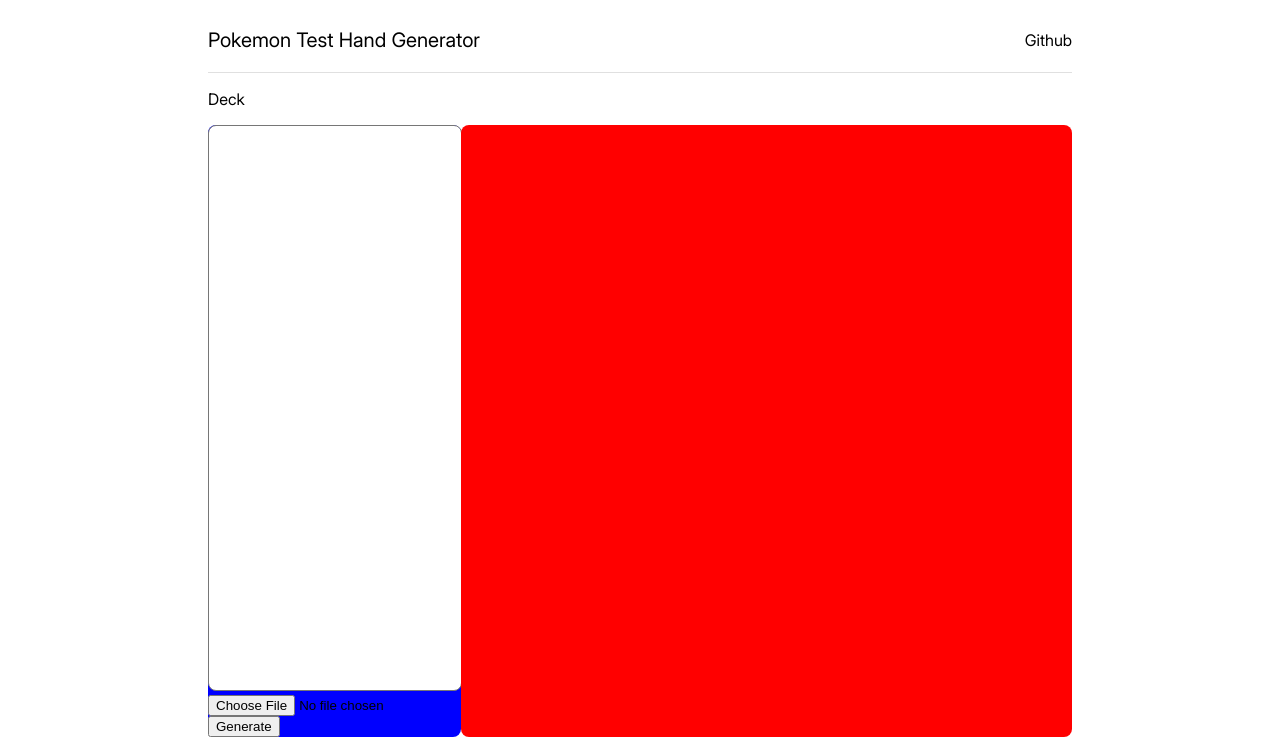
Repository: danielj1415/test-hand-simulator
Page: /
The author's editor kept a copy of each file at every save. The page is drawn from the files as they stood at one save, then again after the next save.
The browser window is 1280 px wide. The pictures show the whole page.
The project was rebuilt for these pictures with package versions that can differ from the ones it lists, and the page was loaded fresh each time. Also part of the build but not shown: vite.config.ts, src/index.css.

Above is the page before, as saved 2024-10-31 17:59:35.

### src/App.tsx
import { useState } from 'react';
import './App.css';

function App() {
  const [deckList, setDeckList] = useState({
    deck: ''
  });
  const [selectedFile, setSelectedFile] = useState<File | null>(null);
  const [sampleHands, setSampleHands] = useState<string[][]>([]); // Update to hold multiple hands

  const handleChange = (e: React.ChangeEvent<HTMLTextAreaElement>) => {
    const { name, value } = e.target;
    setDeckList((prevData) => ({
      ...prevData,
      [name]: value
    }));
  };

  const handleFileChange = (e: React.ChangeEvent<HTMLInputElement>) => {
    const file = e.target.files ? e.target.files[0] : null;
    setSelectedFile(file);

    if (file) {
      const reader = new FileReader();
      reader.onload = (event) => {
        const fileContent = event.target?.result as string;
        setDeckList((prevData) => ({
          ...prevData,
          deck: fileContent
        }));
      };
      reader.readAsText(file);
    }
  };

  const parseDeck = () => {
    return deckList.deck
      .split('\n')
      .filter(line => line.trim() !== '' && !/^(Pokémon:|Trainer:|Energy:|Total Cards:)/.test(line))
      .flatMap(line => {
        const match = line.match(/^(\d+)\s+(.+)$/);
        if (match) {
          const quantity = parseInt(match[1], 10);
          const cardName = match[2];
          return Array(quantity).fill(cardName);
        }
        return [line];
      });
  };

  const handleSubmit = (e: React.FormEvent) => {
    e.preventDefault();

    const cardArray = parseDeck();

    if (cardArray.length < 7) {
      alert("Deck must contain at least 7 cards to generate a hand.");
      return;
    }

    const shuffledDeck = cardArray.sort(() => 0.5 - Math.random());
    const hand = shuffledDeck.slice(0, 7);

    // Append the new hand to the existing sampleHands array
    setSampleHands((prevHands) => [...prevHands, hand]);
  };

  return (
    <div>
      <div className="mainContainer">
        <div className="navigationBar">
          <p className="headerTextBold">Pokemon Test Hand Generator</p>
          <p className="headerText">Github</p>
        </div>
        <div className="divider"/>
        <p className="mainText">Deck</p>
        <div className="mainBody">
          <div className="inputDeck">
            <form onSubmit={handleSubmit}>
              <div>
                <label htmlFor="deck"></label>
                <textarea
                  className="deckInputDiv"
                  id="deck"
                  name="deck"
                  value={deckList.deck}
                  onChange={handleChange}
                />
              </div>
              <div>
                <input
                  type="file"
                  onChange={handleFileChange}
                />
              </div>
              <button className="generateButton" type="submit">Generate</button>
            </form>
          </div>
          <div className="testHands">
            {sampleHands.map((hand, handIndex) => (
              <div key={handIndex} className="cardRow">
                {hand.map((card, index) => (
                  <div key={index} className="card">
                    {card}
                  </div>
                ))}
              </div>
            ))}
          </div>
        </div>
      </div>
    </div>
  );
}

export default App;

### src/App.css

@import "./fonts.css";

.mainContainer{
  margin-left: 200px;
  margin-right: 200px;
}

.navigationBar{
  display: flex;
  align-items:center;
  justify-content: space-between;
}

.headerText{
  font-size: 16px;
  font-family: "Inter";
}

.mainText{
  font-size: 16px;
  font-family: "Inter";
}

.headerTextBold{
  font-size: 20px;
  font-family: "Inter";
}

.divider{
  width: 100%;
  height: 1px;
  background-color: rgb(224, 224, 224);
}

.mainBody{
  display: flex;
  justify-content: space-between;
}

.inputDeck{
  width: 33%;
  border-radius: 8px;
  background-color: blue;
}

.testHands{
  width: 100%;
  border-radius: 8px;
  background-color: red;
}

.deckInputDiv{
  width: 98%;
  height: 560px;
  resize: none;
  border-radius: 8px;
  font-family: "Inter";
}

.generateButton{

}

.cardRow {
  display: flex;
  gap: 16px; /* Adds space between each card */
  flex-wrap: wrap; /* Allows cards to wrap to the next line if needed */
  margin-bottom: 16px;
}

.card {
  background-color: #a9a9a9;
  border-radius: 8px;
  padding: 16px;
  width: 108px;
  text-align:start;
  box-shadow: 0 4px 6px rgba(0, 0, 0, 0.1);
  font-size: 16px;
  height: 184px;
  font-family: "Inter";
}

@media ((max-height: 920px) and (min-height: 800px)) {
  .deckInputDiv{
    width: 98%;
    height: 660px;
    resize: none;
    border-radius: 8px;
    font-family: "Inter";
  }
}

### src/fonts.css
@font-face {
    font-family: "Inter";
    src: url("/src/assets/fonts/Inter_28pt-Regular.ttf");
  }

Loaded but not shown: index.html (common file); src/main.tsx (common file)

After the next save:
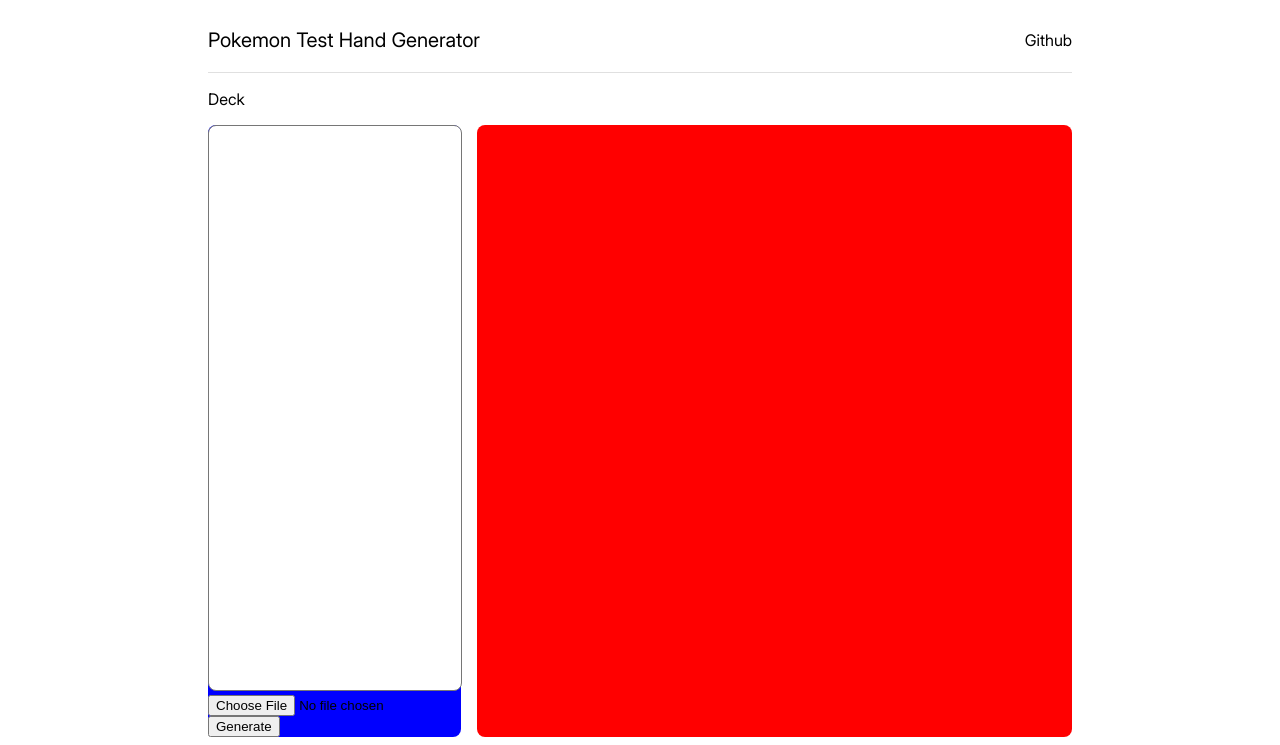
Saved 72 s later.
--- a/src/App.css
+++ b/src/App.css
@@ -48,6 +48,7 @@
   width: 100%;
   border-radius: 8px;
   background-color: red;
+  margin-left: 16px;
 }
 
 .deckInputDiv{
